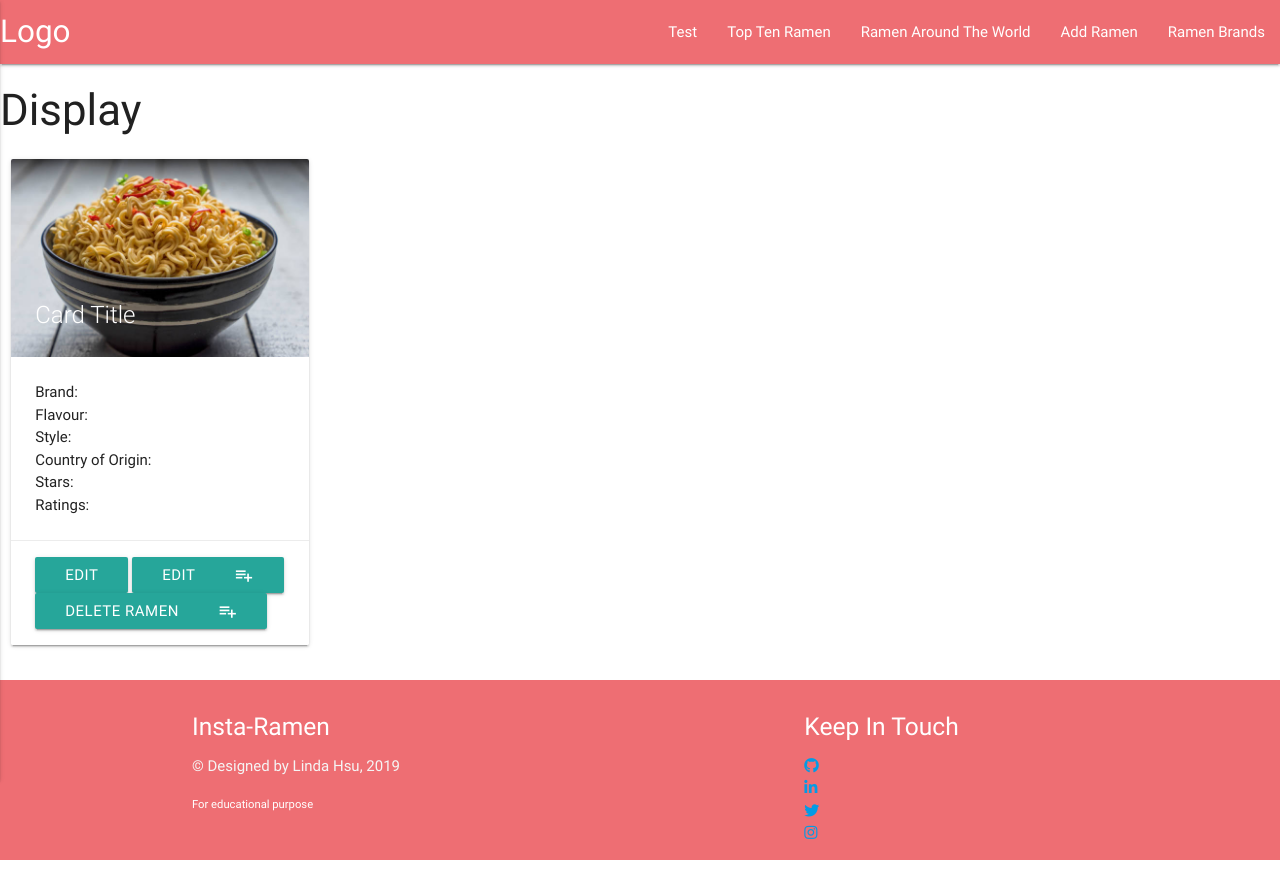
Repository: Paddlepop25/codeinstitute-insta-ramen
Page: templates/display_ramen.html
The author's editor kept a record of every edit. The page is drawn from the files as they stood at one moment, then again after the next edit.
The browser window is 1280 px wide. The pictures show the whole page.
Some web libraries are served in a nearby version. The page is served by the project's application, run on Flask 3 (app.py). The template is opened directly, without the code that normally fills it, so the values that code supplies are empty.

Above is the page before.

After the next edit:
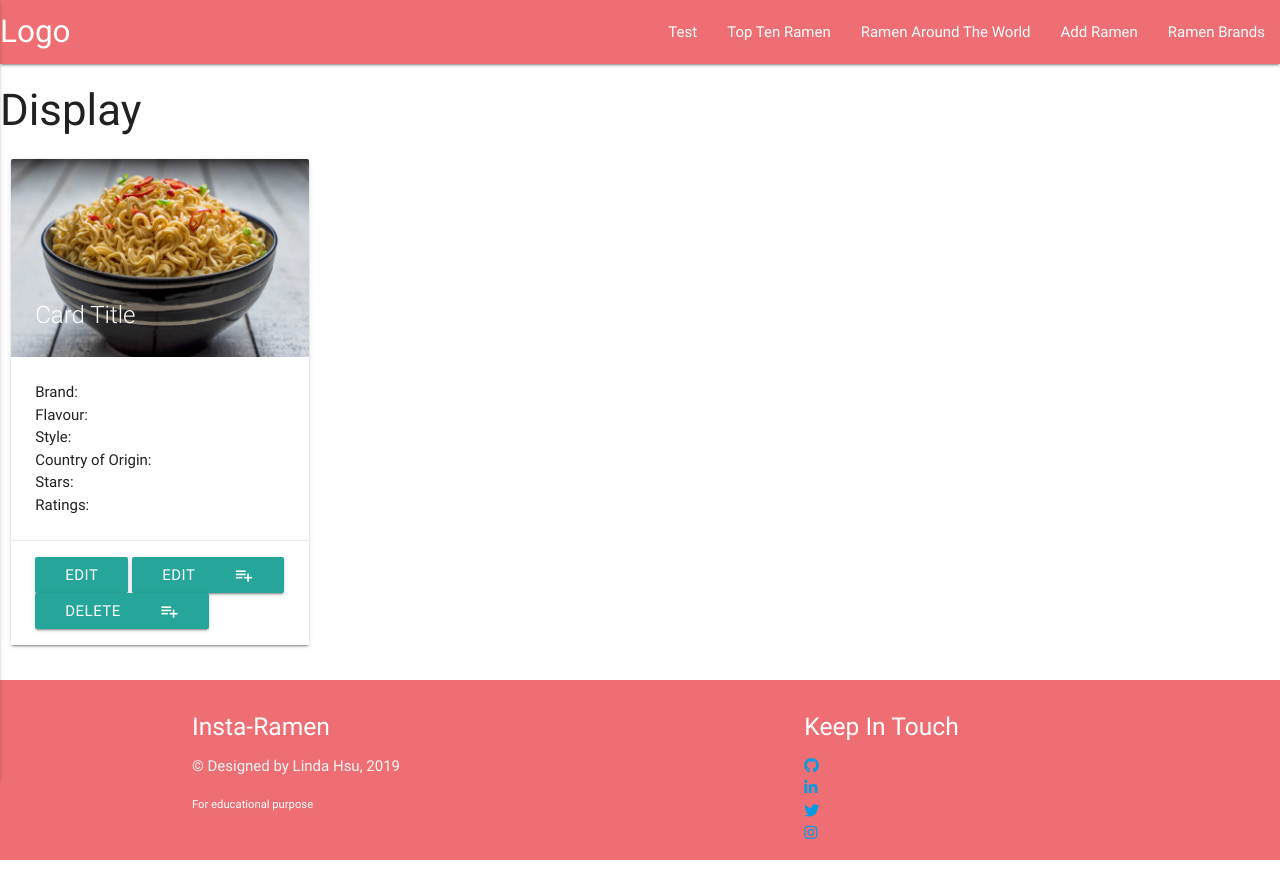
The edit:
--- a/templates/display_ramen.html
+++ b/templates/display_ramen.html
@@ -26,7 +26,7 @@
         <i class="material-icons right">playlist_add</i>
       </button>
 
-        <button class="btn waves-effect waves-light" type="submit" name="action">Delete ramen
+        <button class="btn waves-effect waves-light" type="submit" name="action">Delete
         <a href="{{url_for('delete_ramen', ramen_id=ramen._id)}}"></a>
         <i class="material-icons right">playlist_add</i>
       </button>
